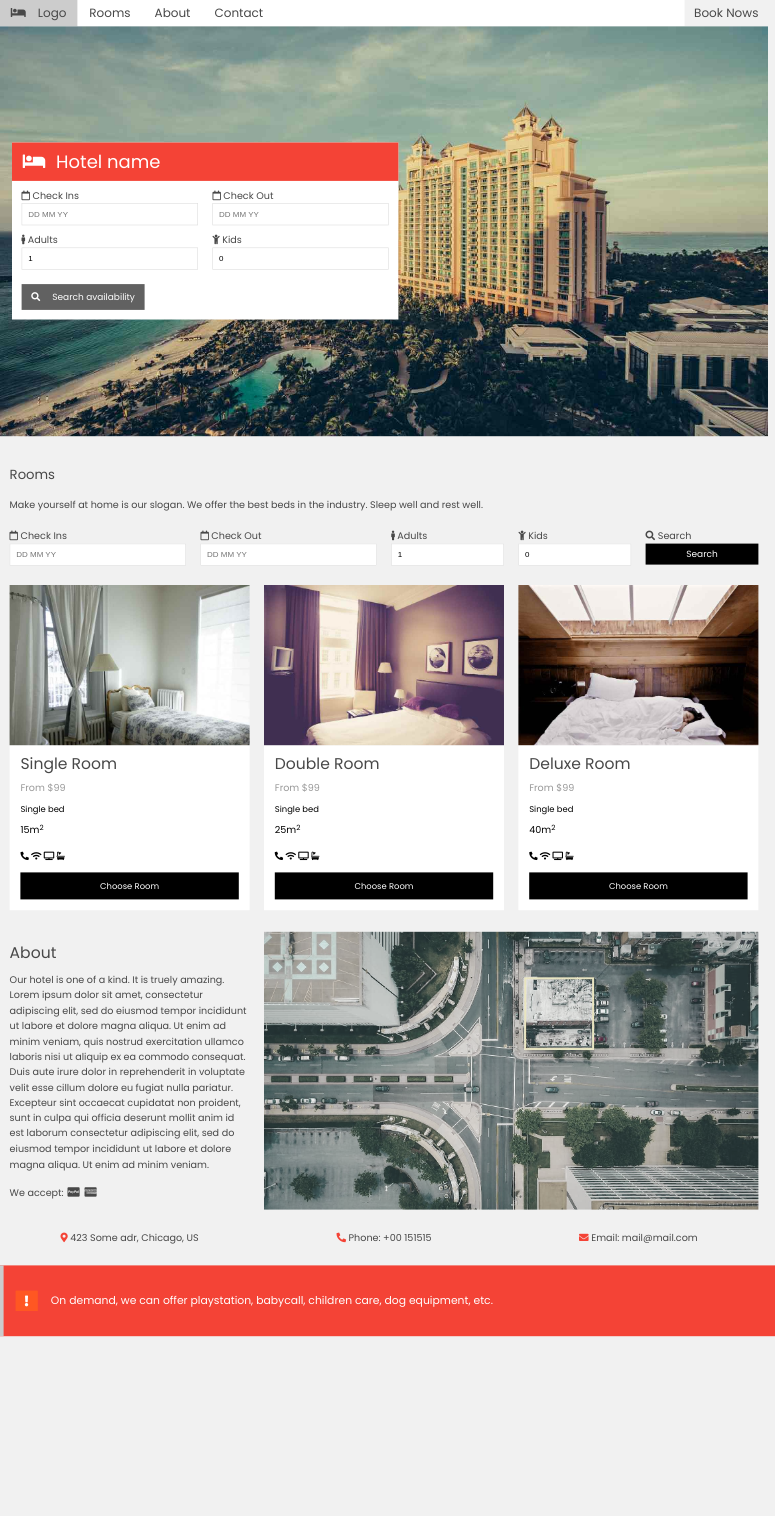
Repository: phamhuuloc/Travel_Template
Page: index.html
The author's editor kept a copy of each file at every save. The page is drawn from the files as they stood at one save, then again after the next save.
The browser window is 1280 px wide. The page is 1292 px wide, so the pictures cover 1292 px, including what lies to the right of the window. The pictures show the whole page, at 60% of full size.
The style sheet was rebuilt from its Sass, Less or Tailwind sources for each picture, by a compiler version that may differ from the author's.

Above is the page before, as saved 2021-09-18 10:55:59.

### index.html
<!DOCTYPE html>
<html lang="en">
  <head>
    <meta charset="UTF-8" />
    <meta http-equiv="X-UA-Compatible" content="IE=edge" />
    <meta name="viewport" content="width=device-width, initial-scale=1.0" />
    <title>Document</title>
    <!-- FONT AWESOME -->
    <link
      rel="stylesheet"
      href="https://cdnjs.cloudflare.com/ajax/libs/font-awesome/5.15.4/css/all.min.css"
      integrity="sha512-1ycn6IcaQQ40/MKBW2W4Rhis/DbILU74C1vSrLJxCq57o941Ym01SwNsOMqvEBFlcgUa6xLiPY/NS5R+E6ztJQ=="
      crossorigin="anonymous"
      referrerpolicy="no-referrer"
    />
    <!-- GOOGLE FONT -->
    <link
      href="https://fonts.googleapis.com/css2?family=Poppins:wght@50;300;400&display=swap"
      rel="stylesheet"
    />
    <!-- CSS -->
    <link rel="stylesheet" href="./assets/resets.css" />
    <link rel="stylesheet" href="./assets/grid.css" />
    <link rel="stylesheet" href="./assets/main.css" />
  </head>
  <body>
    <div class="grids">
      <header class="header">
        <div class="logo">
          <i class="fas fa-bed logo__icon"></i>
          Logo
        </div>
        <div class="header__menu">
          <ul class="header__menu-list">
            <li class="header__menu-item">Rooms</li>
            <li class="header__menu-item">About</li>
            <li class="header__menu-item">Contact</li>
          </ul>
          <button class="btn book-btn">Book Nows</button>
        </div>
      </header>
      <section class="intro">
        <img src="./assets/img/hotel.jpg" alt="" class="intro__img" />
        <form class="form-login">
          <div class="form-login__heading">
            <i class="fas fa-bed logo__icon intro-icon"></i>
            <h2 class="form-login__name">Hotel name</h2>
          </div>
          <div class="form-container">
            <div class="row">
              <div class="form__item col l-6">
                <label class="form__item-category">
                  <i class="far fa-calendar form__item-icon"></i>
                  Check Ins
                </label>
                <input
                  type="text"
                  class="form__item-input"
                  placeholder="DD MM YY"
                />
              </div>
              <div class="form__item col l-6">
                <label class="form__item-category">
                  <i class="far fa-calendar form__item-icon"></i>
                  Check Out
                </label>
                <input
                  type="text"
                  class="form__item-input"
                  placeholder="DD MM YY"
                />
              </div>
            </div>
            <div class="row">
              <div class="form__item col l-6">
                <label class="form__item-category">
                  <i class="fas fa-male form__item-icon"></i>
                  Adults
                </label>
                <input
                  type="number"
                  value="1"
                  min="1"
                  max="6"
                  class="form__item-input"
                />
              </div>
              <div class="form__item col l-6">
                <label class="form__item-category">
                  <i class="fas fa-child form__item-icon"></i>
                  Kids
                </label>
                <input
                  type="number"
                  value="0"
                  min="0"
                  max="6"
                  class="form__item-input"
                />
              </div>
            </div>
            <button class="search-btn">
              <i class="fas fa-search search-icon"></i>Search availability
            </button>
          </div>
        </form>
      </section>

      <section class="option-room">
        <div class="option-container">
          <h3 class="option-container__title">Rooms</h3>
          <span class="option-container__desc"
            >Make yourself at home is our slogan. We offer the best beds in the
            industry. Sleep well and rest well.</span
          >
          <!-- FORM LOGIN  -->
          <div class="form-container option-container__form">
            <div class="row">
              <div class="form__item col l-3">
                <label class="form__item-category">
                  <i class="far fa-calendar form__item-icon"></i>
                  Check Ins
                </label>
                <input
                  type="text"
                  class="form__item-input"
                  placeholder="DD MM YY"
                />
              </div>
              <div class="form__item col l-3">
                <label class="form__item-category">
                  <i class="far fa-calendar form__item-icon"></i>
                  Check Out
                </label>
                <input
                  type="text"
                  class="form__item-input"
                  placeholder="DD MM YY"
                />
              </div>
              <div class="form__item col l-2">
                <label class="form__item-category">
                  <i class="fas fa-male form__item-icon"></i>
                  Adults
                </label>
                <input
                  type="number"
                  value="1"
                  min="1"
                  max="6"
                  class="form__item-input"
                />
              </div>
              <div class="form__item col l-2">
                <label class="form__item-category">
                  <i class="fas fa-child form__item-icon"></i>
                  Kids
                </label>
                <input
                  type="number"
                  value="0"
                  min="0"
                  max="6"
                  class="form__item-input"
                />
              </div>
              <!-- BUTTON F0RM LOGIN -->
              <div class="form__item col l-2">
                <label class="form__item-category">
                  <i class="fas fa-search"></i> Search</label
                >
                <button class="search-btn search-btn--full">Search</button>
              </div>
            </div>
          </div>
          <div class="category-room">
            <ul class="category-room__list row">
              <li class="category-room__item col l-4">
                <img
                  src="./assets/img/room_single.jpg"
                  alt=""
                  class="category-room__img"
                />
                <div class="category-room__details">
                  <h3 class="category-room__title">Single Room</h3>
                  <span class="category-room__price">From $99</span>
                  <span class="category-room__charac">Single bed</span>
                  <span class="category-room__area">15m<sup>2</sup></span>
                  <span class="category-room__function">
                    <i class="fas fa-phone-alt"></i>
                    <i class="fas fa-wifi"></i>
                    <i class="fas fa-tv"></i>
                    <i class="fas fa-bath"></i>
                  </span>
                  <button class="btn btn-choose">Choose Room</button>
                </div>
              </li>
              <li class="category-room__item col l-4">
                <img
                  src="./assets/img/room_double.jpg"
                  alt=""
                  class="category-room__img"
                />
                <div class="category-room__details">
                  <h3 class="category-room__title">Double Room</h3>
                  <span class="category-room__price">From $99</span>
                  <span class="category-room__charac">Single bed</span>
                  <span class="category-room__area">25m<sup>2</sup></span>
                  <span class="category-room__function">
                    <i class="fas fa-phone-alt"></i>
                    <i class="fas fa-wifi"></i>
                    <i class="fas fa-tv"></i>
                    <i class="fas fa-bath"></i>
                  </span>
                  <button class="btn btn-choose">Choose Room</button>
                </div>
              </li>
              <li class="category-room__item col l-4">
                <img
                  src="./assets/img/room_deluxe.jpg"
                  alt=""
                  class="category-room__img"
                />
                <div class="category-room__details">
                  <h3 class="category-room__title">Deluxe Room</h3>
                  <span class="category-room__price">From $99</span>
                  <span class="category-room__charac">Single bed</span>
                  <span class="category-room__area">40m<sup>2</sup></span>
                  <span class="category-room__function">
                    <i class="fas fa-phone-alt"></i>
                    <i class="fas fa-wifi"></i>
                    <i class="fas fa-tv"></i>
                    <i class="fas fa-bath"></i>
                  </span>
                  <button class="btn btn-choose">Choose Room</button>
                </div>
              </li>
            </ul>
          </div>
        </div>
      </section>
      <section class="local">
        <div class="row">
          <div class="local__container col l-4">
            <h4 class="local__title">About</h4>
            <p class="local__detail">
              Our hotel is one of a kind. It is truely amazing. Lorem ipsum
              dolor sit amet, consectetur adipiscing elit, sed do eiusmod tempor
              incididunt ut labore et dolore magna aliqua. Ut enim ad minim
              veniam, quis nostrud exercitation ullamco laboris nisi ut aliquip
              ex ea commodo consequat. Duis aute irure dolor in reprehenderit in
              voluptate velit esse cillum dolore eu fugiat nulla pariatur.
              Excepteur sint occaecat cupidatat non proident, sunt in culpa qui
              officia deserunt mollit anim id est laborum consectetur adipiscing
              elit, sed do eiusmod tempor incididunt ut labore et dolore magna
              aliqua. Ut enim ad minim veniam.
            </p>
            <p class="local__payment-methods">
              We accept:
              <i class="fab fa-cc-paypal local__payment-icon"></i>
              <i class="fab fa-cc-amex local__payment-icon"></i>
            </p>
          </div>
          <img src="./assets/img/map.jpg" alt="" class="col l-8 local__img" />
        </div>
        <div class="local__contact row">
          <div class="local__contact-item col l-4">
            <i class="fas fa-map-marker-alt local__contact-icon"></i>
            423 Some adr, Chicago, US
          </div>
          <div class="local__contact-item col l-4">
            <i class="fas fa-phone-alt local__contact-icon"></i>
            Phone: +00 151515
          </div>
          <div class="local__contact-item col l-4">
            <i class="fas fa-envelope local__contact-icon"></i>
            Email: mail@mail.com
          </div>
        </div>
      </section>
      <div class="demand row">
        <i class="fas fa-exclamation demand__icon"></i>
        <p class="demand__desc">
          On demand, we can offer playstation, babycall, children care, dog
          equipment, etc.
        </p>
      </div>
    </div>
  </body>
</html>

### assets/grid.css
.grid {
  width: 100%;
  padding: 0;
}
.grid.wide {
  max-width: 1200px;

  margin: 0 auto;
}
.row {
  display: flex;
  flex-wrap: wrap;
  margin-left: -4px;
  margin-right: -4px;
}
.row.no-gutters {
  margin-left: 0;
  margin-right: 0;
}
.col {
  padding-left: 4px;
  padding-right: 4px;
}
.row.no-gutters .col {
  margin-left: 0;
  margin-right: 0;
}

.c-0 {
  display: none;
}

.c-1 {
  flex: 0 0 8.33333%;
  max-width: 8.33333%;
}

.c-2 {
  flex: 0 0 16.66667%;
  max-width: 16.66667%;
}

.c-3 {
  flex: 0 0 25%;
  max-width: 25%;
}

.c-4 {
  flex: 0 0 33.33333%;
  max-width: 33.33333%;
}

.c-5 {
  flex: 0 0 41.66667%;
  max-width: 41.66667%;
}

.c-6 {
  flex: 0 0 50%;
  max-width: 50%;
}

.c-7 {
  flex: 0 0 58.33333%;
  max-width: 58.33333%;
}

.c-8 {
  flex: 0 0 66.66667%;
  max-width: 66.66667%;
}

.c-9 {
  flex: 0 0 75%;
  max-width: 75%;
}

.c-10 {
  flex: 0 0 83.33333%;
  max-width: 83.33333%;
}

.c-11 {
  flex: 0 0 91.66667%;
  max-width: 91.66667%;
}

.c-12 {
  flex: 0 0 100%;
  max-width: 100%;
}

.c-o-1 {
  margin-left: 8.33333%;
}

.c-o-2 {
  margin-left: 16.66667%;
}

.c-o-3 {
  margin-left: 25%;
}

.c-o-4 {
  margin-left: 33.33333%;
}

.c-o-5 {
  margin-left: 41.66667%;
}

.c-o-6 {
  margin-left: 50%;
}

.c-o-7 {
  margin-left: 58.33333%;
}

.c-o-8 {
  margin-left: 66.66667%;
}

.c-o-9 {
  margin-left: 75%;
}

.c-o-10 {
  margin-left: 83.33333%;
}

.c-o-11 {
  margin-left: 91.66667%;
}
/* TABLET */
@media (min-width: 740px) {
  .row {
    margin-left: -8px;
    margin-right: -8px;
  }
  .col {
    padding-right: 8px;
    padding-left: 8px;
  }
  .m-0 {
    display: none;
  }
  .m-1,
  .m-2,
  .m-3,
  .m-4,
  .m-5,
  .m-6,
  .m-7,
  .m-8,
  .m-9,
  .m-10,
  .m-11,
  .m-12 {
    display: block;
  }

  .m-1 {
    flex: 0 0 8.33333%;
    max-width: 8.33333%;
  }

  .m-2 {
    flex: 0 0 16.66667%;
    max-width: 16.66667%;
  }

  .m-3 {
    flex: 0 0 25%;
    max-width: 25%;
  }

  .m-4 {
    flex: 0 0 33.33333%;
    max-width: 33.33333%;
  }

  .m-5 {
    flex: 0 0 41.66667%;
    max-width: 41.66667%;
  }

  .m-6 {
    flex: 0 0 50%;
    max-width: 50%;
  }

  .m-7 {
    flex: 0 0 58.33333%;
    max-width: 58.33333%;
  }

  .m-8 {
    flex: 0 0 66.66667%;
    max-width: 66.66667%;
  }

  .m-9 {
    flex: 0 0 75%;
    max-width: 75%;
  }

  .m-10 {
    flex: 0 0 83.33333%;
    max-width: 83.33333%;
  }

  .m-11 {
    flex: 0 0 91.66667%;
    max-width: 91.66667%;
  }

  .m-12 {
    flex: 0 0 100%;
    max-width: 100%;
  }

  .m-o-1 {
    margin-left: 8.33333%;
  }

  .m-o-2 {
    margin-left: 16.66667%;
  }

  .m-o-3 {
    margin-left: 25%;
  }

  .m-o-4 {
    margin-left: 33.33333%;
  }

  .m-o-5 {
    margin-left: 41.66667%;
  }

  .m-o-6 {
    margin-left: 50%;
  }

  .m-o-7 {
    margin-left: 58.33333%;
  }

  .m-o-8 {
    margin-left: 66.66667%;
  }

  .m-o-9 {
    margin-left: 75%;
  }

  .m-o-10 {
    margin-left: 83.33333%;
  }

  .m-o-11 {
    margin-left: 91.66667%;
  }
}
/* PC MEDIUM RESOLUTION */
@media (min-width: 1113px) {
  .row {
    margin-left: -12px;
    margin-right: -12px;
  }
  .row.sm-gutter {
    margin-left: -5px;
    margin-right: -5px;
  }
  .col {
    padding-left: 12px;
    padding-right: 12px;
  }
  .row.sm-gutter .col {
    padding-left: 5px;
    padding-right: 5px;
  }
  .l-0 {
    display: none;
  }

  .l-1,
  .l-2,
  .l-2-4,
  .l-3,
  .l-4,
  .l-5,
  .l-6,
  .l-7,
  .l-8,
  .l-9,
  .l-10,
  .l-11,
  .l-12 {
    display: block;
  }

  .l-1 {
    flex: 0 0 8.33333%;
    max-width: 8.33333%;
  }

  .l-2 {
    flex: 0 0 16.66667%;
    max-width: 16.66667%;
  }

  .l-2-4 {
    flex: 0 0 20%;
    max-width: 20%;
  }

  .l-3 {
    flex: 0 0 25%;
    max-width: 25%;
  }

  .l-4 {
    flex: 0 0 33.33333%;
    max-width: 33.33333%;
  }

  .l-5 {
    flex: 0 0 41.66667%;
    max-width: 41.66667%;
  }

  .l-6 {
    flex: 0 0 50%;
    max-width: 50%;
  }

  .l-7 {
    flex: 0 0 58.33333%;
    max-width: 58.33333%;
  }

  .l-8 {
    flex: 0 0 66.66667%;
    max-width: 66.66667%;
  }

  .l-9 {
    flex: 0 0 75%;
    max-width: 75%;
  }

  .l-10 {
    flex: 0 0 83.33333%;
    max-width: 83.33333%;
  }

  .l-11 {
    flex: 0 0 91.66667%;
    max-width: 91.66667%;
  }

  .l-12 {
    flex: 0 0 100%;
    max-width: 100%;
  }

  .l-o-1 {
    margin-left: 8.33333%;
  }

  .l-o-2 {
    margin-left: 16.66667%;
  }

  .l-o-3 {
    margin-left: 25%;
  }

  .l-o-4 {
    margin-left: 33.33333%;
  }

  .l-o-5 {
    margin-left: 41.66667%;
  }

  .l-o-6 {
    margin-left: 50%;
  }

  .l-o-7 {
    margin-left: 58.33333%;
  }

  .l-o-8 {
    margin-left: 66.66667%;
  }

  .l-o-9 {
    margin-left: 75%;
  }

  .l-o-10 {
    margin-left: 83.33333%;
  }

  .l-o-11 {
    margin-left: 91.66667%;
  }
}
/* TABLET AND PC */
@media (min-width: 740px) and (max-width: 1023px) {
  .wide {
    width: 644px;
  }
}
/* > PC  LOW RESOLUTION */
@media (min-width: 1024px) and (max-width: 1239px) {
  .wide {
    width: 984px;
  }
}
.form__item {
  display: flex;
  flex-direction: column;
}

### assets/main.scss
$primary-color: #f44336;
$secondary-color: #0000;
$text-color: #484848;
$hover-color: #ccc;

@mixin flex($align: center, $justify: space-between) {
  display: flex;
  align-items: $align;
  justify-content: $justify;
}
* {
  box-sizing: border-box;
}
html {
  font-size: 62.5%;
}
body {
  background-color: #f1f1f1;
  font-family: "Poppins", sans-serif;
  margin-bottom: 30rem;
}
ul {
  list-style: none;
}
img {
  display: block;
  width: 100%;
}
a {
  text-decoration: none;
}
sup {
  font-size: 75%;
  position: relative;
  line-height: 0;
  top: -0.5em;
  vertical-align: baseline;
}
.btn {
  font-family: "Poppins", sans-serif;
  @include flex(center, center);
  height: inherit;
  outline: none;
  cursor: pointer;
  border: 0;
}
.btn:hover {
  background-color: $hover-color;
  color: #000;
}

//HEADER
.header {
  display: flex;
  align-items: center;
  height: 4.4rem;
  background-color: white;
  font-size: 2rem;

  .logo {
    background-color: $primary-color;
    height: 100%;
    cursor: pointer;
    color: white;
    @include flex();
    padding: 1.4rem 1.8rem;

    &__icon {
      margin-right: 2rem;
    }
  }
  .logo:hover {
    background-color: $hover-color;
    color: $text-color;
  }
  &__menu {
    display: flex;
    @include flex();
    height: 100%;
    width: 100%;
    &-list {
      @include flex();
      height: 100%;
    }
    &-item {
      @include flex();
      padding: 0 2rem;
      height: 100%;
      cursor: pointer;
      color: $text-color;
      &:hover {
        background-color: #ccc;
      }
    }
  }
  .book-btn {
    background-color: #f1f1f1;
    padding: 1.4rem 1.6rem;
    color: $text-color;
    font-size: 2rem;
  }
  .book-btn:hover {
    background-color: #ccc;
    cursor: pointer;
  }
}
// SECTION INTRO
.intro {
  position: relative;
  margin-bottom: 3.8rem;
  &-icon {
    padding: 0 1.8rem;
  }
  .form-login {
    width: 64.4rem;
    position: absolute;
    top: 50%;
    left: 2rem;
    background-color: #fff;
    transform: translateY(-50%);

    &__heading {
      display: flex;
      align-items: center;

      width: 100%;
      height: 6.4rem;
      background-color: $primary-color;
      color: white;
      font-size: 3rem;
    }
  }
}
.form-container {
  padding: 1.6rem;
  .search-btn {
    font-family: "Poppins", sans-serif;
    padding: 1rem 1.6rem;
    margin-top: 8px;
    border: 0;

    outline: none;
    cursor: pointer;

    background-color: #616161;
    font-size: 1.5rem;
    color: white;
  }
  .search-btn--full {
    width: 100%;
    margin: 0;
    background-color: #000;
    color: white;
    padding: 6px 0;
  }
  .search-btn:hover {
    background-color: #ccc;
    color: $text-color;
  }
  .search-icon {
    padding-right: 2rem;
  }
}
.form__item {
  display: flex;
  flex-direction: column;
  margin-bottom: 1.6rem;
  &-category {
    font-size: 1.6rem;
    margin-bottom: 4px;
    color: $text-color;
  }
  &-input {
    padding: 1rem;
    border: 1px solid #dedede;
  }
}
.option-container {
  padding: 1.6rem;
  margin-bottom: 2rem;
  &__title {
    font-size: 2.2rem;
    margin-bottom: 3rem;
    color: $text-color;
  }
  &__desc {
    display: block;
    font-size: 1.6rem;
    margin-bottom: 2rem;
    color: $text-color;
  }
  &__form {
    padding: 1.6rem 0;
  }
}
.category-room {
  &__details {
    padding: 1.8rem;
    display: flex;
    flex-direction: column;
    background-color: white;
  }
  &__title {
    font-size: 2.6rem;
    margin-bottom: 2rem;
    color: #484848;
  }
  &__price {
    font-size: 1.6rem;
    color: #999;
    margin-bottom: 2rem;
  }
  &__charac {
    font-size: 1.4rem;
    margin-bottom: 2rem;
  }
  &__area {
    font-size: 1.6rem;
    margin-bottom: 2.8rem;
  }
  &__function {
    font-size: 1.4rem;
    margin-bottom: 2rem;
  }
  .btn-choose {
    padding: 1.2rem 0;
    background-color: #000;
    color: white;
    font-size: 1.4rem;
  }
  .btn-choose:hover {
    background-color: $hover-color;
    color: $text-color;
  }
}
.local {
  padding: 0 1.6rem;
  &__title {
    font-size: 2.6rem;
    margin-top: 2.2rem;
    margin-bottom: 2rem;
    color: $text-color;
  }
  &__detail {
    font-size: 1.6rem;
    line-height: 1.6;
    margin-bottom: 2.4rem;
    color: $text-color;
  }
  &__payment-methods {
    font-size: 1.6rem;
    color: $text-color;
  }
  &__payment-icon {
    font-size: 1.8rem;
    margin: 0 2px;
  }
  &__img {
    filter: grayscale(75%);
  }
  &__contact {
    padding: 3.8rem 0;
    &-icon {
      color: $primary-color;
      font-size: 1.6rem;
    }
    &-item {
      text-align: center;
      font-size: 1.6rem;
      color: $text-color;
    }
  }
}
.demand {
  padding: 4.2rem 0 4.2rem 2rem;
  background-color: $primary-color;
  border-left: 1.8rem solid #ccc;
  font-size: 1.8rem;
  color: white;
  @include flex(center, none);
  &__icon {
    padding: 8px 15px;
    background-color: #ff5722;
    margin-right: 2.2rem;
  }
}

Loaded but not shown: assets/resets.css (common file)

After the next save:
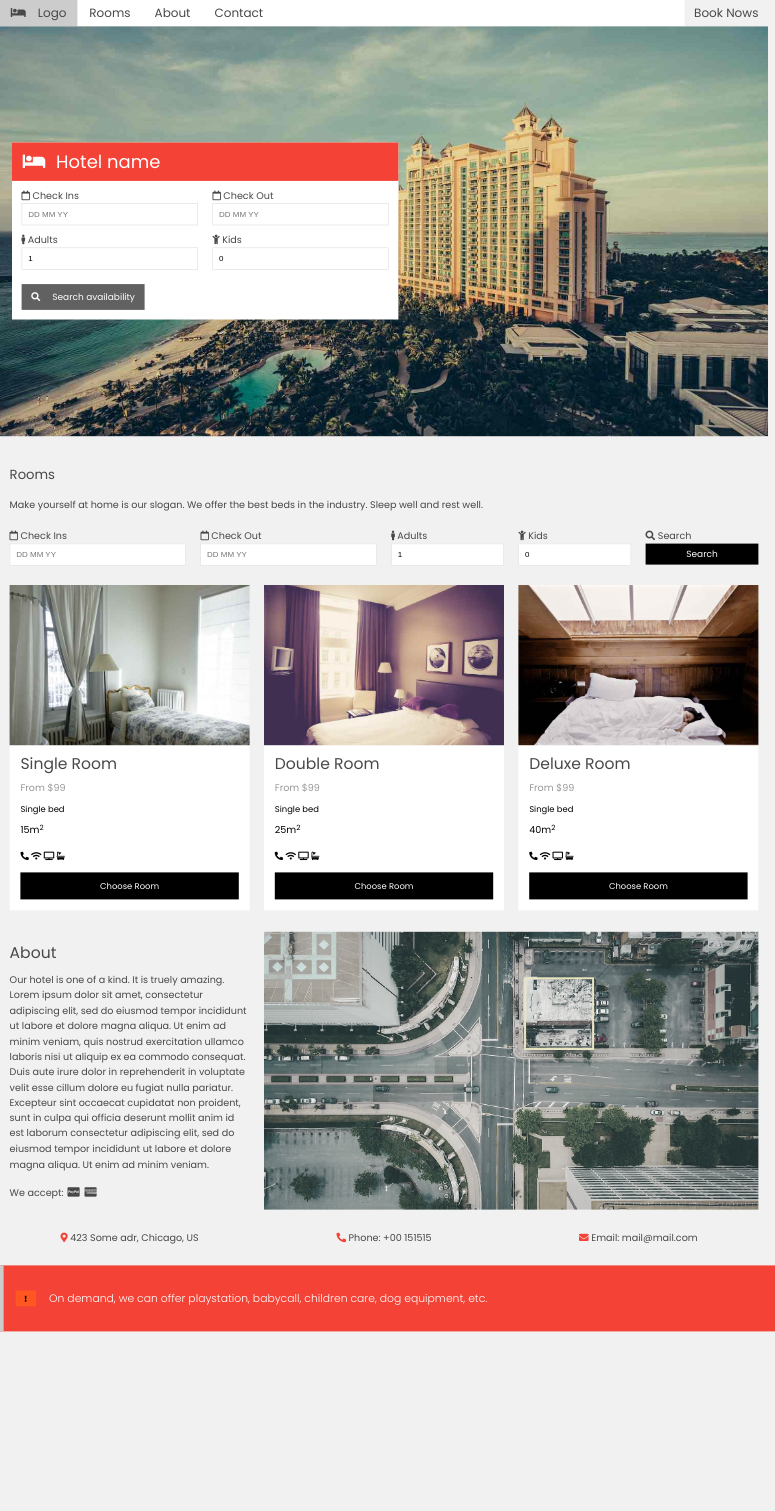
Saved 55 s later.
--- a/assets/main.scss
+++ b/assets/main.scss
@@ -275,12 +275,15 @@ sup {
   padding: 4.2rem 0 4.2rem 2rem;
   background-color: $primary-color;
   border-left: 1.8rem solid #ccc;
-  font-size: 1.8rem;
-  color: white;
   @include flex(center, none);
   &__icon {
     padding: 8px 15px;
     background-color: #ff5722;
     margin-right: 2.2rem;
   }
-}
+  &__desc {
+    font-size: 1.8rem;
+    color: white;
+    font-weight: 350;
+  }
+}
